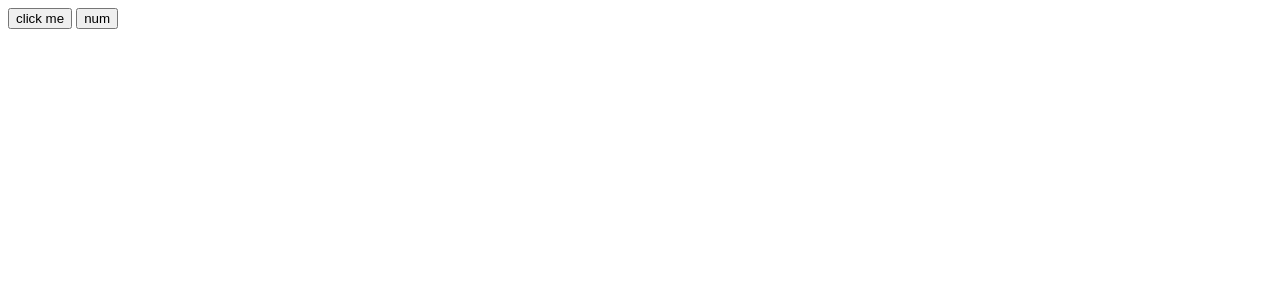
Repository: lwygold/vue
Page: learn-vue-js-master/playground/event-emit.html
An editor plug-in stored every save of this project. The page is shown before and after the next save, followed by the edit.
The browser window is 1280 px wide. The pictures show the whole page.

Above is the page before, as saved 2023-04-15 18:12:38.

### learn-vue-js-master/playground/event-emit.html
<!DOCTYPE html>
<html lang="en">
<head>
    <meta charset="UTF-8">
    <meta http-equiv="X-UA-Compatible" content="IE=edge">
    <meta name="viewport" content="width=device-width, initial-scale=1.0">
    <title>Document</title>
</head>
<body>
    <div id="app">
        <app-header v-on:pass="logText"></app-header>
        <app-content v-on:increase="addNum"></app-content>
    </div>


    <script src="https://cdn.jsdelivr.net/npm/vue/dist/vue.js"></script>
    <script>
        var appHeader = {
            template: '<button v-on:click="passEvent">click me</button>',
            methods: {
                passEvent: function() {
                    this.$emit('pass');
                }
            }
        }

        var appContent = {
            template: '<button v-on:click="passEvent">num</button>',
            methods: {
                passEvent: function() {
                    this.$emit('increase');
                }
            }
        }

        new Vue({
            el: '#app',
            components: {
                'app-header': appHeader,
                'app-content': appContent,
            },
            methods: {
                logText: function() {
                    console.log('hi');
                },
                addNum: function() {
                    this.num = this.num+1;
                    console.log(this.num);
                }
            },
            data: {
                num: 10
            }
        });
    </script>
</body>
</html>

After the next save:
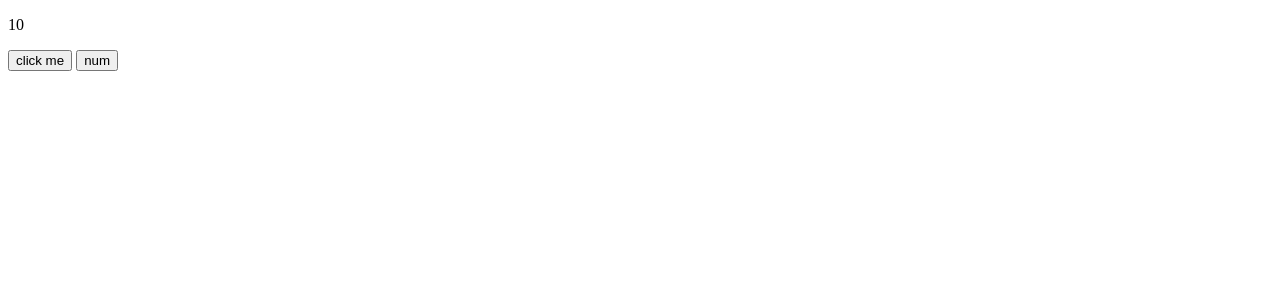
Saved 2 min 16 s later.
--- a/learn-vue-js-master/playground/event-emit.html
+++ b/learn-vue-js-master/playground/event-emit.html
@@ -8,6 +8,7 @@
 </head>
 <body>
     <div id="app">
+        <p>{{ num }}</p>
         <app-header v-on:pass="logText"></app-header>
         <app-content v-on:increase="addNum"></app-content>
     </div>
